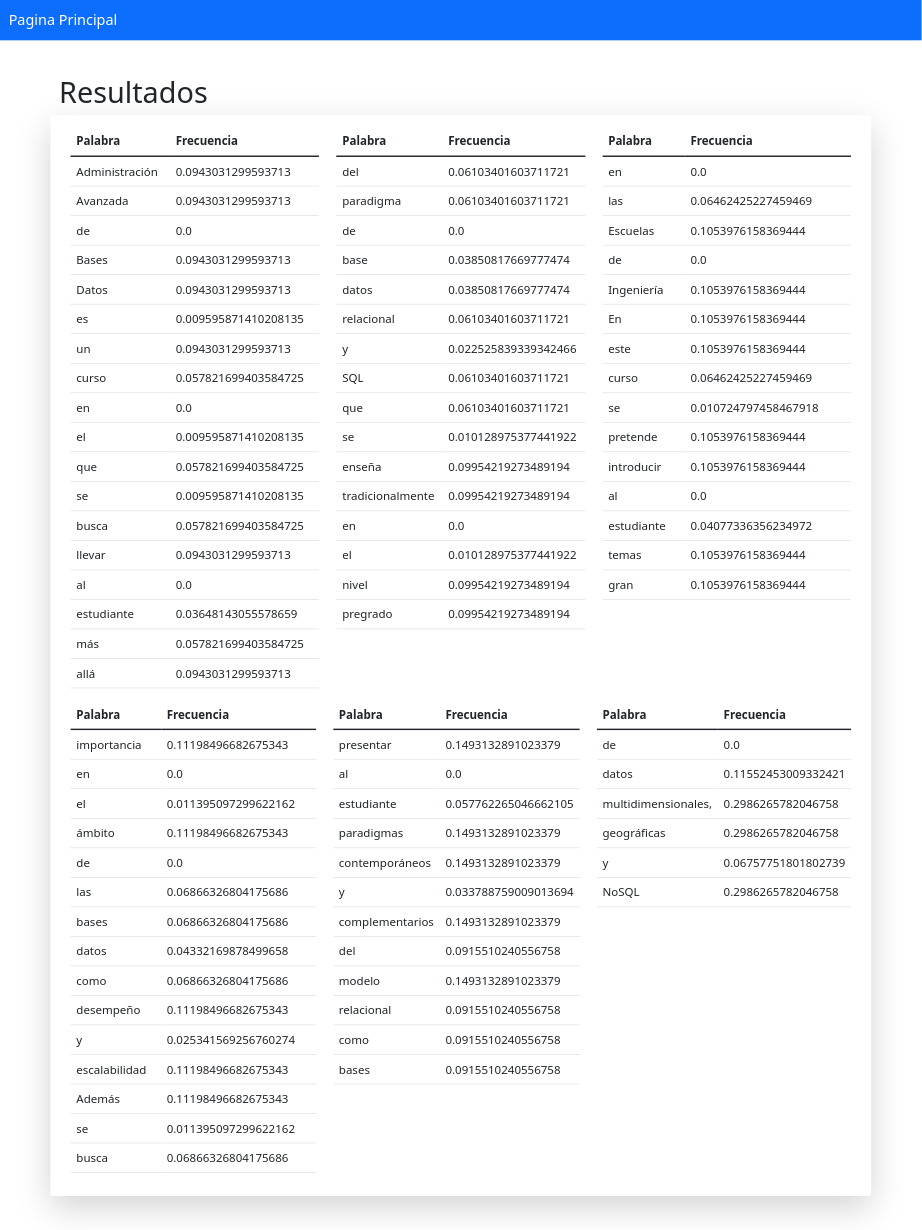
Repository: efrain-dev/cloud9Flask
Page: http://localhost/
The author's editor kept a record of every edit. The page is drawn from the files as they stood at one moment, then again after the next edit.
The browser window is 1280 px wide. The pictures show the whole page, at 72% of full size.
Some web libraries are served in a nearby version. The page is served by the project's application, run on Flask 3 (index.py).

Above is the page before.

### templates/home.html
{% extends './base.html' %}

<!DOCTYPE html>
<html lang="es">
  <head>
    <title>{% block title %}IA UMG{% endblock %}</title>
    <meta charset="UTF-8">
    <meta name="title" content="IMG">
    <meta name="description" content="IA UMG">

  </head>
  <body>

      {% block body %}
      <h1 class=" bg-white rounded mt-5">Resultados </h1>
        <div class="row shadow-lg p-3 mb-5 bg-white rounded ">
      {%for i in resultado%}
        <div class="col-lg">
          <table class="table table-responsive" >
            <thead>
              <th> Palabra </th>
              <th> Frecuencia </th>

            </thead>

            <tbody>
                {%for x in resultado[i]%}
                  <tr>
                    <td>{{x[0]}}</td>
                                    <td>{{x[1]}}</td>

                  </tr>
                {%endfor%}
            </tbody>
          </table>
        </div>
      {%endfor%}
  {% endblock %}

  </body>
</html>

### templates/base.html
<!DOCTYPE html>
<html lang="es">
  <head>
    <title>{% block title %}{% endblock %}</title>
    <meta charset="UTF-8">
    <meta name="title" content="IMG">
    <meta name="description" content="IA UMG">
    <link href="https://cdn.jsdelivr.net/npm/bootstrap@5.1.3/dist/css/bootstrap.min.css" rel="stylesheet" integrity="sha384-1BmE4kWBq78iYhFldvKuhfTAU6auU8tT94WrHftjDbrCEXSU1oBoqyl2QvZ6jIW3" crossorigin="anonymous">
    <script src="https://code.jquery.com/jquery-3.6.0.min.js" integrity="sha256-/xUj+3OJU5yExlq6GSYGSHk7tPXikynS7ogEvDej/m4=" crossorigin="anonymous"></script>
    <script src="//cdn.jsdelivr.net/npm/sweetalert2@11"></script>
  </head>
  <body>
<nav class="navbar navbar-expand-lg navbar-dark bg-primary">
  <div class="container-fluid">
    <a class="navbar-brand" href="#">Pagina Principal</a>

  </div>
</nav>

    <div class="container">
      {% block body %}


      {% endblock %}
    </div>





  <script src="https://cdn.jsdelivr.net/npm/@popperjs/core@2.10.2/dist/umd/popper.min.js" integrity="sha384-7+zCNj/IqJ95wo16oMtfsKbZ9ccEh31eOz1HGyDuCQ6wgnyJNSYdrPa03rtR1zdB" crossorigin="anonymous"></script>
  <script src="https://cdn.jsdelivr.net/npm/bootstrap@5.1.3/dist/js/bootstrap.min.js" integrity="sha384-QJHtvGhmr9XOIpI6YVutG+2QOK9T+ZnN4kzFN1RtK3zEFEIsxhlmWl5/YESvpZ13" crossorigin="anonymous"></script>
    <!--<footer>-->
    <!--  <h4>Avisos legales</h4>-->
    <!--  <a href="http://dominio.com/aviso-legal">Política de cookies</a>-->
    <!--  <h4>Redes sociales</h4>-->
    <!--  <a href="http://facebook.com/mi-pagina-de-facebook">Mi Facebook</a>-->
    <!--</footer>-->
  </body>
</html>

### calculos.py

import math

documentos = ['Administración Avanzada de Bases de Datos es un curso en el que se busca llevar al estudiante más allá',
             'del paradigma de base de datos relacional y SQL que se enseña tradicionalmente en el nivel de pregrado',
             'en las Escuelas de Ingeniería En este curso se pretende introducir al estudiante en temas de gran',
             'importancia en el ámbito de las bases de datos como desempeño y escalabilidad Además se busca',
             'presentar al estudiante paradigmas contemporáneos y complementarios del modelo relacional como bases',
             'de datos multidimensionales, geográficas y NoSQL',
             ]


dictadoDePalabras = {}

for indice, sentencia in enumerate(documentos):
    tokenPalabra = sentencia.split(' ')
    dictadoDePalabras[indice] = [(palabra,tokenPalabra.count(palabra)) for palabra in tokenPalabra]

termFrecuencia = {}

for i in range(0, len(documentos)):
    listaDeNoDuplicados = []
    for palabraFrequencia in dictadoDePalabras[i]:
        if palabraFrequencia not in listaDeNoDuplicados:
            listaDeNoDuplicados.append(palabraFrequencia)
        termFrecuencia[i] = listaDeNoDuplicados

terminoNormalizadoFrecuencia = {}
for i in range(0, len(documentos)):
    sentencia = dictadoDePalabras[i]
    lenDeSentencia = len(sentencia)
    listaDeNormalizados = []
    for palabraFrequencia in termFrecuencia[i]:
        normalizedFreq = palabraFrequencia[1]/lenDeSentencia
        listaDeNormalizados.append((palabraFrequencia[0],normalizedFreq))
    terminoNormalizadoFrecuencia[i] = listaDeNormalizados



todosDocumento = ''
for sentencia in documentos:
    todosDocumento += sentencia + ' '
todosDocumentosToken = todosDocumento.split(' ')


todosDocumentoNoDuplicados = []

for palabra in todosDocumentosToken:
    if palabra not in todosDocumentoNoDuplicados:
        todosDocumentoNoDuplicados.append(palabra)



dictDeNumDeDocConTermDentro = {}

for indice, voc in enumerate(todosDocumentoNoDuplicados):
    count = 0
    for sentencia in documentos:
        if voc in sentencia:
            count += 1
    dictDeNumDeDocConTermDentro[indice] = (voc, count)



dictOFIDFNoDuplicados = {}


for i in range(0, len(terminoNormalizadoFrecuencia)):
    listOfIDFCalcs = []
    for palabra in terminoNormalizadoFrecuencia[i]:
        for x in range(0, len(dictDeNumDeDocConTermDentro)):
            if palabra[0] == dictDeNumDeDocConTermDentro[x][0]:
                listOfIDFCalcs.append((palabra[0],math.log(len(documentos)/dictDeNumDeDocConTermDentro[x][1])))
    dictOFIDFNoDuplicados[i] = listOfIDFCalcs


dictOFTF_IDF = {}
for i in range(0,len(terminoNormalizadoFrecuencia)):
    listaOFTF_IDF = []
    TFsentencia = terminoNormalizadoFrecuencia[i]
    IDFsentencia = dictOFIDFNoDuplicados[i]
    for x in range(0, len(TFsentencia)):
        listaOFTF_IDF.append((TFsentencia[x][0],TFsentencia[x][1]*IDFsentencia[x][1]))
    dictOFTF_IDF[i] = listaOFTF_IDF



def result():
    return dictOFTF_IDF

### index.py
"""
Your module description
comentarios múltiples
"""

#comentario de una línea

from flask import Flask, render_template,request ,url_for
import calculos

umg = Flask(__name__)




@umg.route("/",methods=['POST','GET'])
def home():
    print( calculos.result())
    return render_template('home.html',resultado= calculos.result())


if __name__ == '__main__':
    umg.run(host='0.0.0.0', port=5000, debug=True)

After the next edit:
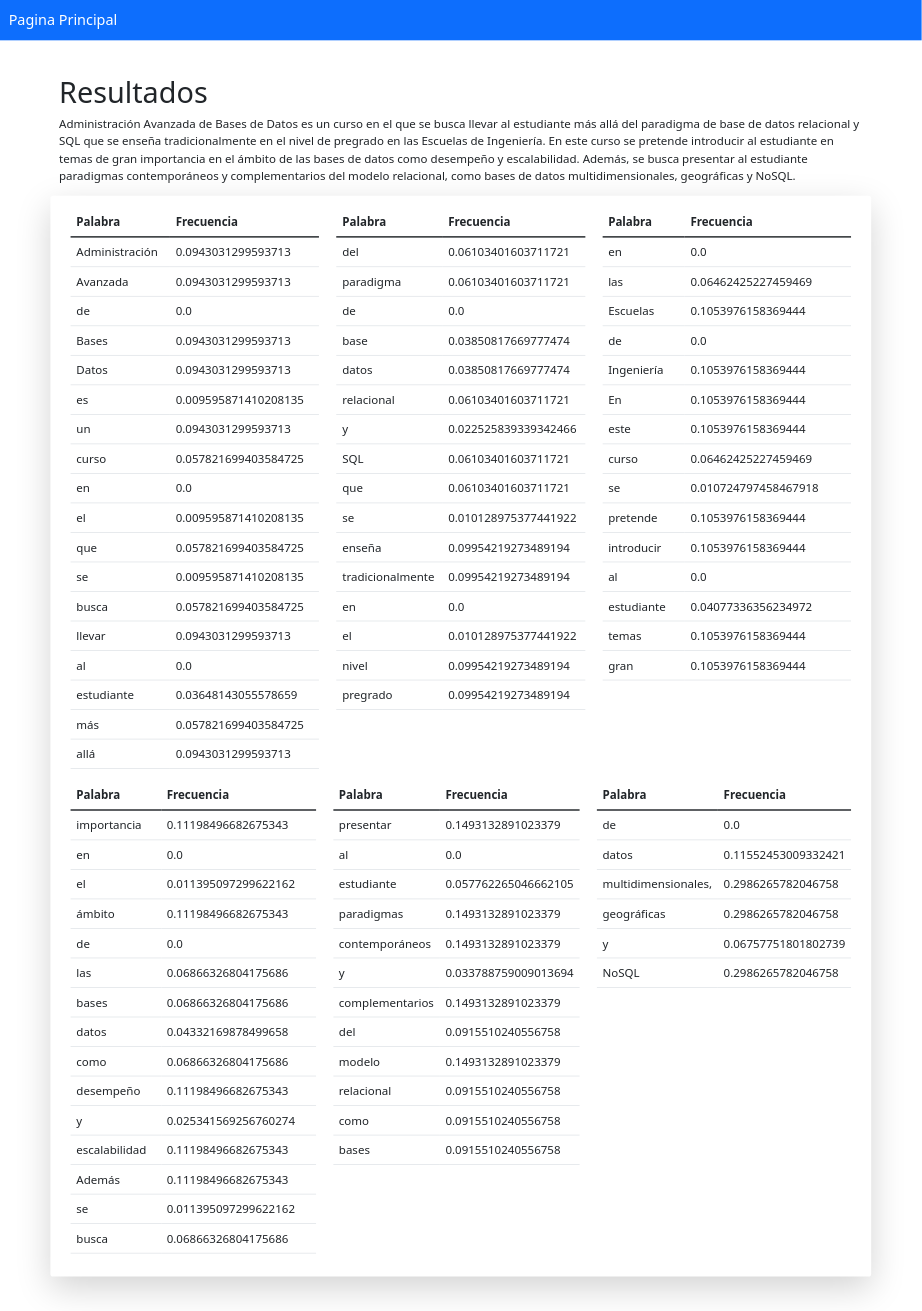
The edit:
--- a/templates/home.html
+++ b/templates/home.html
@@ -12,7 +12,16 @@
   <body>
 
       {% block body %}
-      <h1 class=" bg-white rounded mt-5">Resultados </h1>
+
+      <h1 class="bg-white rounded mt-5">Resultados </h1>
+      <p>
+        Administración Avanzada de Bases de Datos es un curso en el que se busca llevar al estudiante más allá
+del paradigma de base de datos relacional y SQL que se enseña tradicionalmente en el nivel de pregrado
+en las Escuelas de Ingeniería. En este curso se pretende introducir al estudiante en temas de gran
+importancia en el ámbito de las bases de datos como desempeño y escalabilidad. Además, se busca
+presentar al estudiante paradigmas contemporáneos y complementarios del modelo relacional, como bases
+de datos multidimensionales, geográficas y NoSQL.
+      </p>
         <div class="row shadow-lg p-3 mb-5 bg-white rounded ">
       {%for i in resultado%}
         <div class="col-lg">
